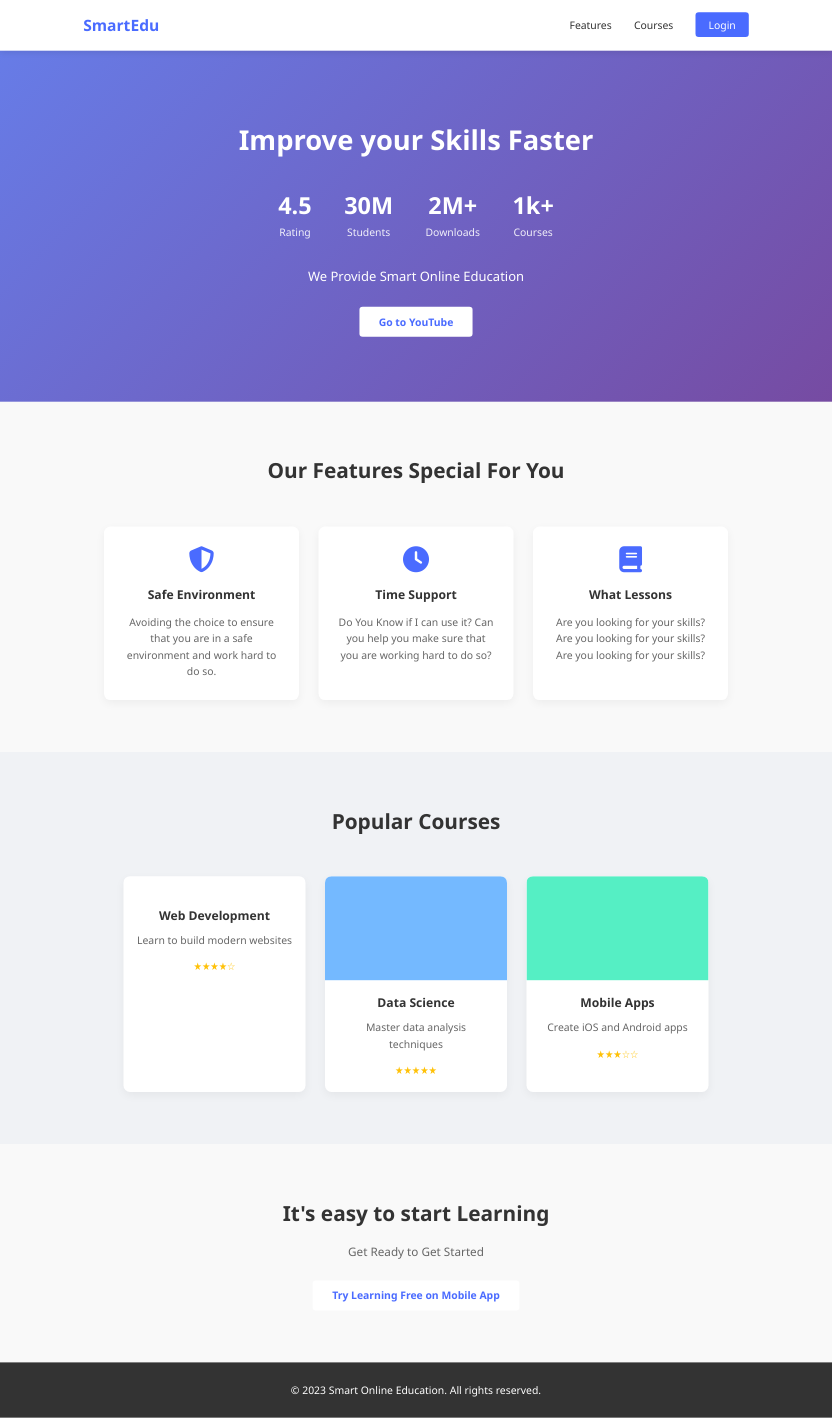
Repository: AhmedHBD/task1
Page: New folder/index.html
These files come from the project's save history. The page is drawn as it stood at one moment and after the next save; the edit follows.
The browser window is 1280 px wide. The pictures show the whole page, at 65% of full size.

Above is the page before, as saved 2025-08-03 08:17:40.
Not found: New folder/img/download.webp

### New folder/index.html
<!DOCTYPE html>
<html lang="en">
<head>
    <meta charset="UTF-8">
    <meta name="viewport" content="width=device-width, initial-scale=1.0">
    <title>Smart Online Education</title>
    <link rel="stylesheet" href="style.css">
    <link rel="stylesheet" href="https://cdnjs.cloudflare.com/ajax/libs/font-awesome/6.4.0/css/all.min.css">
</head>
<body>
    <div id="home-page">

        <header>
            <div class="logo">SmartEdu</div>
            <nav>
                <a href="#">Features</a>
                <a href="#">Courses</a>
                <a href="login.html" class="login-btn">Login</a>
            </nav>
        </header>


        <section class="hero">
            <h1>Improve your Skills Faster</h1>
            <div class="stats">
                <div class="stat-item">
                    <span class="stat-number">4.5</span>
                    <span class="stat-label">Rating</span>
                </div>
                <div class="stat-item">
                    <span class="stat-number">30M</span>
                    <span class="stat-label">Students</span>
                </div>
                <div class="stat-item">
                    <span class="stat-number">2M+</span>
                    <span class="stat-label">Downloads</span>
                </div>
                <div class="stat-item">
                    <span class="stat-number">1k+</span>
                    <span class="stat-label">Courses</span>
                </div>
            </div>
            <p class="hero-subtitle">We Provide Smart Online Education</p>
            <button class="cta-button">Go to YouTube</button>
        </section>


        <section class="features" id="features">
            <h2>Our Features Special For You</h2>
            <div class="feature-container">
                <div class="feature-box">
                    <i class="fas fa-shield-alt"></i>
                    <h3>Safe Environment</h3>
                    <p>Avoiding the choice to ensure that you are in a safe environment and work hard to do so.</p>
                </div>
                <div class="feature-box">
                    <i class="fas fa-clock"></i>
                    <h3>Time Support</h3>
                    <p>Do You Know if I can use it? Can you help you make sure that you are working hard to do so?</p>
                </div>
                <div class="feature-box">
                    <i class="fas fa-book"></i>
                    <h3>What Lessons</h3>
                    <p>Are you looking for your skills? Are you looking for your skills? Are you looking for your skills?</p>
                </div>
            </div>
        </section>


        <section class="courses" id="courses">
            <h2>Popular Courses</h2>
            <div class="course-container">
                <div class="course-card">
                    <!-- <div class="course-img" style="background-color: #ff7675;"></div> -->
                    <img src="img/download.webp" alt="">
                    <h3>Web Development</h3>
                    <p>Learn to build modern websites</p>
                    <div class="course-rating">★★★★☆</div>
                </div>
                <div class="course-card">
                    <div class="course-img" style="background-color: #74b9ff;"></div>
                    <h3>Data Science</h3>
                    <p>Master data analysis techniques</p>
                    <div class="course-rating">★★★★★</div>
                </div>
                <div class="course-card">
                    <div class="course-img" style="background-color: #55efc4;"></div>
                    <h3>Mobile Apps</h3>
                    <p>Create iOS and Android apps</p>
                    <div class="course-rating">★★★☆☆</div>
                </div>
            </div>
        </section>


        <section class="cta">
            <h2>It's easy to start Learning</h2>
            <p>Get Ready to Get Started</p>
            <button class="cta-button">Try Learning Free on Mobile App</button>
        </section>

        <footer>
            <p>&copy; 2023 Smart Online Education. All rights reserved.</p>
        </footer>
    </div>
</body>
</html>

### New folder/style.css
* {
    margin: 0;
    padding: 0;
    box-sizing: border-box;
    font-family: 'Segoe UI', Tahoma, Geneva, Verdana, sans-serif;
}

body {
    background-color: #f9f9f9;
    color: #333;
    line-height: 1.6;
}

header {
    display: flex;
    justify-content: space-between;
    align-items: center;
    padding: 20px 10%;
    background-color: white;
    box-shadow: 0 2px 10px rgba(0, 0, 0, 0.1);
    position: fixed;
    width: 100%;
    top: 0;
    z-index: 1000;
}

.logo {
    font-size: 24px;
    font-weight: bold;
    color: #4a6bff;
}

nav a {
    margin-left: 30px;
    text-decoration: none;
    color: #333;
    font-weight: 500;
}

nav a:hover {
    color: #4a6bff;
}

.login-btn {
    background-color: #4a6bff;
    color: white;
    padding: 8px 20px;
    border-radius: 5px;
    transition: background-color 0.3s;
}

.login-btn:hover {
    background-color: #3a5bef;
    color: white;
}


.hero {
    text-align: center;
    padding: 180px 20px 100px;
    background: linear-gradient(135deg, #667eea 0%, #764ba2 100%);
    color: white;
}

.hero h1 {
    font-size: 42px;
    margin-bottom: 30px;
}

.stats {
    display: flex;
    justify-content: center;
    gap: 50px;
    margin: 40px 0;
}

.stat-item {
    display: flex;
    flex-direction: column;
}

.stat-number {
    font-size: 36px;
    font-weight: bold;
}

.stat-label {
    font-size: 16px;
    opacity: 0.9;
}

.hero-subtitle {
    font-size: 20px;
    margin-bottom: 30px;
}

.cta-button {
    background-color: white;
    color: #4a6bff;
    border: none;
    padding: 12px 30px;
    font-size: 16px;
    font-weight: bold;
    border-radius: 5px;
    cursor: pointer;
    transition: all 0.3s;
}

.cta-button:hover {
    background-color: #f0f0f0;
    transform: translateY(-2px);
}


.features {
    padding: 80px 10%;
    text-align: center;
}

.features h2 {
    font-size: 32px;
    margin-bottom: 60px;
    color: #333;
}

.feature-container {
    display: flex;
    justify-content: center;
    gap: 30px;
    flex-wrap: wrap;
}

.feature-box {
    background-color: white;
    padding: 30px;
    border-radius: 10px;
    width: 300px;
    box-shadow: 0 5px 15px rgba(0, 0, 0, 0.05);
    transition: transform 0.3s;
}

.feature-box:hover {
    transform: translateY(-10px);
}

.feature-box i {
    font-size: 40px;
    color: #4a6bff;
    margin-bottom: 20px;
}

.feature-box h3 {
    margin-bottom: 15px;
    color: #333;
}

.feature-box p {
    color: #666;
}


.courses {
    padding: 80px 10%;
    background-color: #f0f2f5;
    text-align: center;
}

.courses h2 {
    font-size: 32px;
    margin-bottom: 60px;
    color: #333;
}

.course-container {
    display: flex;
    justify-content: center;
    gap: 30px;
    flex-wrap: wrap;
}

.course-card {
    background-color: white;
    border-radius: 10px;
    overflow: hidden;
    width: 280px;
    box-shadow: 0 5px 15px rgba(0, 0, 0, 0.05);
    transition: transform 0.3s;
}

.course-card:hover {
    transform: translateY(-10px);
}

.course-img {
    height: 160px;
    width: 100%;
}

.course-card h3 {
    margin: 20px 0 10px;
    padding: 0 20px;
}

.course-card p {
    color: #666;
    padding: 0 20px;
    margin-bottom: 15px;
}

.course-rating {
    padding: 0 20px 20px;
    color: #ffc107;
}


.cta {
    text-align: center;
    padding: 80px 20px;
}

.cta h2 {
    font-size: 32px;
    margin-bottom: 20px;
    color: #333;
}

.cta p {
    font-size: 18px;
    margin-bottom: 30px;
    color: #666;
}


footer {
    text-align: center;
    padding: 30px;
    background-color: #333;
    color: white;
}


.login-page {
    display: flex;
    justify-content: center;
    align-items: center;
    min-height: 100vh;
    padding: 20px;
    background-color: #f0f2f5;
}

.login-container {
    background-color: white;
    padding: 40px;
    border-radius: 10px;
    box-shadow: 0 5px 15px rgba(0, 0, 0, 0.1);
    width: 100%;
    max-width: 400px;
}

.login-container h2 {
    text-align: center;
    margin-bottom: 30px;
    color: #333;
}

.login-form .form-group {
    margin-bottom: 20px;
}

.login-form label {
    display: block;
    margin-bottom: 8px;
    font-weight: 500;
}

.login-form input {
    width: 100%;
    padding: 12px 15px;
    border: 1px solid #ddd;
    border-radius: 5px;
    font-size: 16px;
}

.login-form input:focus {
    outline: none;
    border-color: #4a6bff;
}

.login-submit {
    width: 100%;
    padding: 12px;
    background-color: #4a6bff;
    color: white;
    border: none;
    border-radius: 5px;
    font-size: 16px;
    font-weight: bold;
    cursor: pointer;
    transition: background-color 0.3s;
}

.login-submit:hover {
    background-color: #3a5bef;
}

.signup-link {
    text-align: center;
    margin-top: 20px;
    color: #666;
}

.signup-link a {
    color: #4a6bff;
    text-decoration: none;
}

After the next save:
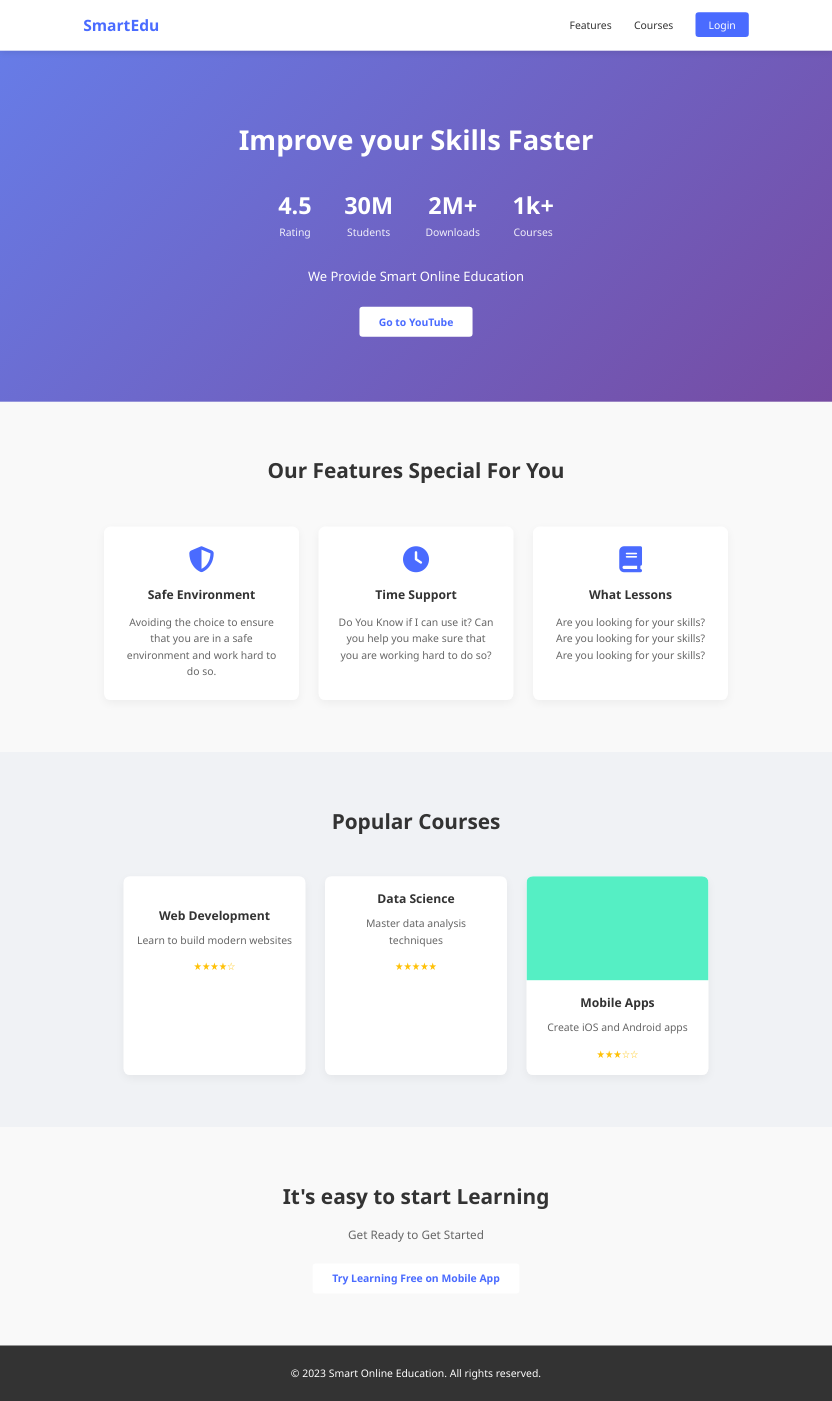
Saved 34 s later.
--- a/New folder/index.html
+++ b/New folder/index.html
@@ -78,7 +78,7 @@
                     <div class="course-rating">★★★★☆</div>
                 </div>
                 <div class="course-card">
-                    <div class="course-img" style="background-color: #74b9ff;"></div>
+                    <!-- <div class="course-img" style="background-color: #74b9ff;"></div> -->
                     <h3>Data Science</h3>
                     <p>Master data analysis techniques</p>
                     <div class="course-rating">★★★★★</div>
